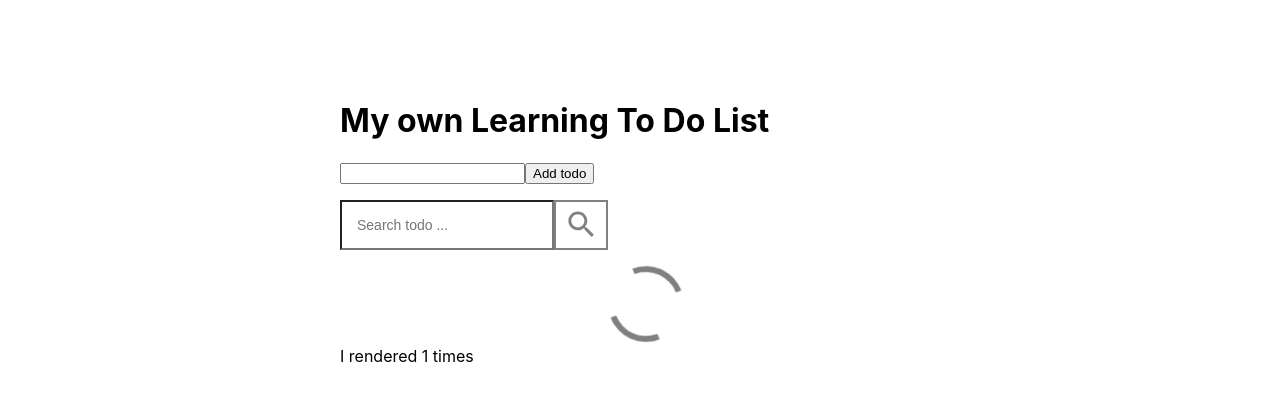
Repository: ArusyakAghajanyan/To-Do
Page: /
The author's editor kept a copy of each file at every save. The page is drawn from the files as they stood at one save, then again after the next save.
The browser window is 1280 px wide. The pictures show the whole page.
The page's requests for data from a server got no answer. The project was rebuilt for these pictures with package versions that can differ from the ones it lists, and the page was loaded fresh each time. No one was signed in, and anything a server would have sent is missing. Also part of the build but not shown: src/Todo/TodoItem.js, src/Todo/TodoList.js.

Above is the page before, as saved 2022-03-16 16:26:46.

After the next save:
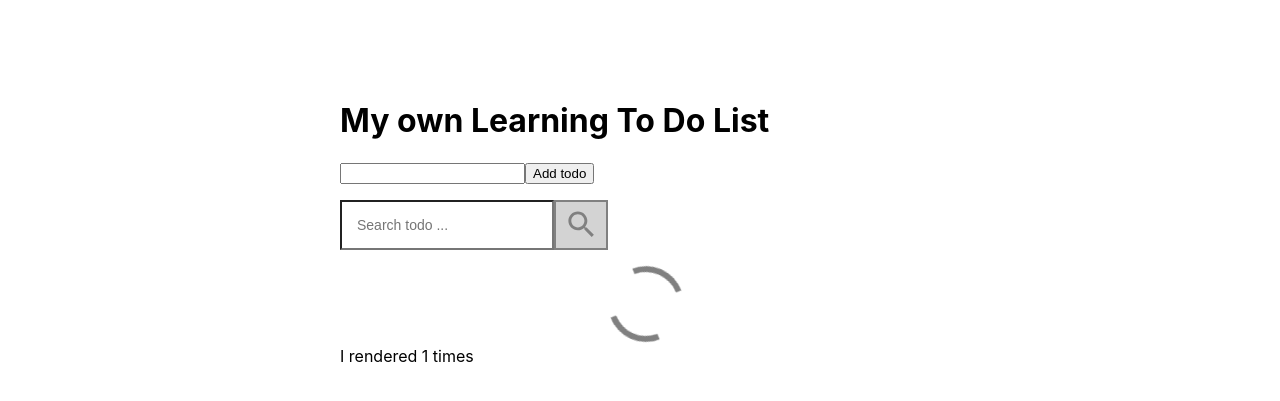
Saved 44 s later.
--- a/src/Search/SearchBar.css
+++ b/src/Search/SearchBar.css
@@ -17,7 +17,7 @@
     background-color: lightgray;
     border: 2px solid gray;
     width: 50px;
-    background-color: white;
+    background-color: #;
     display: grid;
     place-items: center;
     color: gray;
